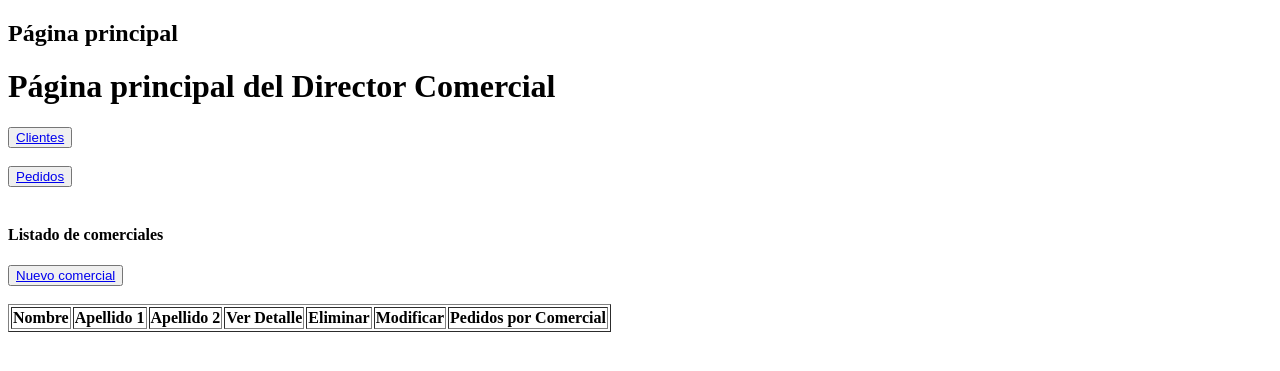
Repository: Umalaia/SpringBoot_Clientes_Pedidos_Comerciales
Page: http://localhost/home
The author's editor kept a copy of each file at every save. The page is drawn from the files as they stood at one save, then again after the next save.
The browser window is 1280 px wide. The pictures show the whole page.
The page is this project's Thymeleaf template; nobody is signed in. The template is opened directly, without the code that normally fills it, so the values that code supplies are empty.

Above is the page before, as saved 2023-12-05 17:31:47.

### zz_examen_primera_eval/src/main/resources/templates/home.html
<!DOCTYPE html>
<html xmlns:th="http://www.thymeleaf.org">
<head>
<meta charset="UTF-8">
<title>Comerciales página principal</title>
</head>
<body>
	<h2>Página principal</h2>
	<h1>Página principal del Director Comercial</h1>
	<button><a th:href="@{/clientes}">Clientes</a></button>
	<br><br>
	<button><a th:href="@{/pedidos}">Pedidos</a></button>
	<br><br>
	<h3 th:text=${mensaje}></h3>
	<h4>Listado de comerciales</h4>
	<button><a th:href="@{/comerciales/alta}">Nuevo comercial</a></button>
	<br><br>
	<table border ="1">
		<tr>
			<th>Nombre</th>
			<th>Apellido 1</th>
			<th>Apellido 2</th>
			<th>Ver Detalle</th>
			<th>Eliminar</th>
			<th>Modificar</th>
			<th>Pedidos por Comercial</th>
		</tr>
		<tr th:each="comercial : ${comerciales}">
			<td th:text="${comercial.nombre}"></td>
			<td th:text=${comercial.apellido1}></td>
			<td th:text=${comercial.apellido2}></td>
			<td><a th:href="@{/comerciales/verDetalles/{id}(id=${comercial.idComercial})}">Detalle</a></td>
			<td><a th:href="@{/comerciales/eliminar/{id}(id=${comercial.idComercial})}">Eliminar</a></td>
			<td><a th:href="@{/comerciales/modificar/{id}(id=${comercial.idComercial})}">Modificar</a></td>
			<td><a th:href="@{/comerciales/pedidosPorComercial/{id}(id=${comercial.idComercial})}">Ver pedidos</a></td>
		</tr>
	</table>
</body>
</html>

After the next save:
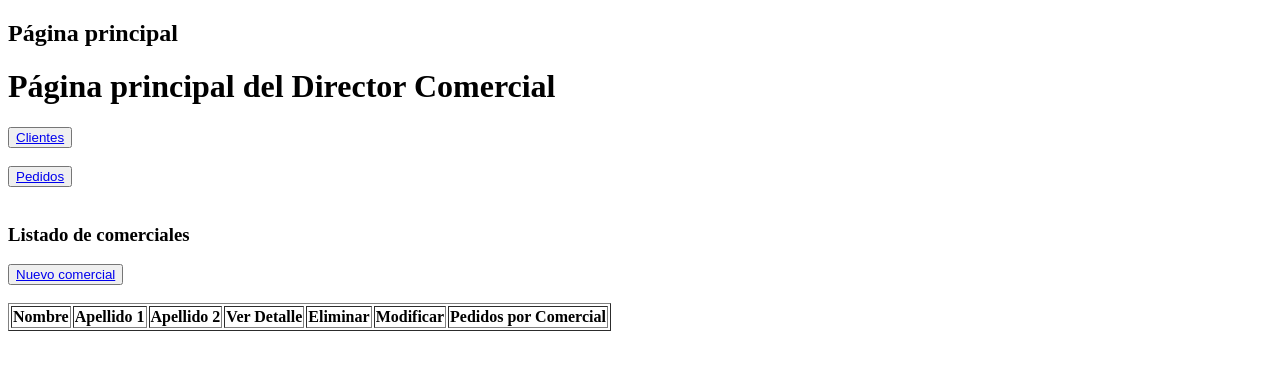
Saved 18 s later.
--- a/zz_examen_primera_eval/src/main/resources/templates/home.html
+++ b/zz_examen_primera_eval/src/main/resources/templates/home.html
@@ -12,7 +12,7 @@
 	<button><a th:href="@{/pedidos}">Pedidos</a></button>
 	<br><br>
 	<h3 th:text=${mensaje}></h3>
-	<h4>Listado de comerciales</h4>
+	<h3>Listado de comerciales</h3>
 	<button><a th:href="@{/comerciales/alta}">Nuevo comercial</a></button>
 	<br><br>
 	<table border ="1">
